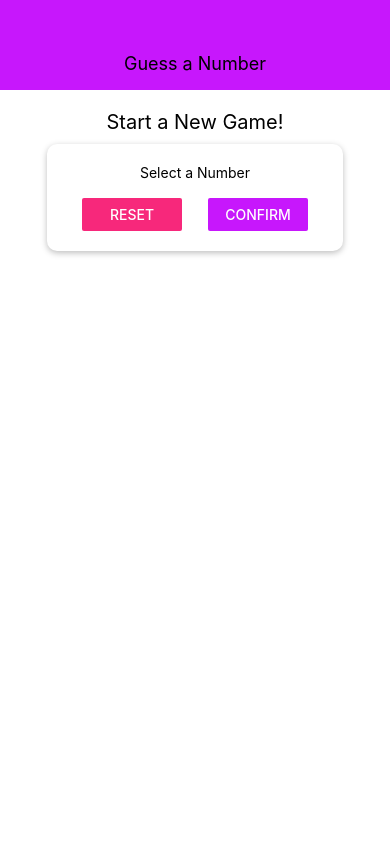
Repository: jes-wd/rn-num-guess
Screen: /
These files come from the project's save history. The screen is drawn as it stood at one moment and after the next save; the edit follows.
The app was drawn by React Native's web renderer in a window 390 px wide. The project was rebuilt for these pictures with package versions that can differ from the ones it lists, and the page was loaded fresh each time.

Above is the screen before, as saved 2020-03-21 22:28:09.

After the next save:
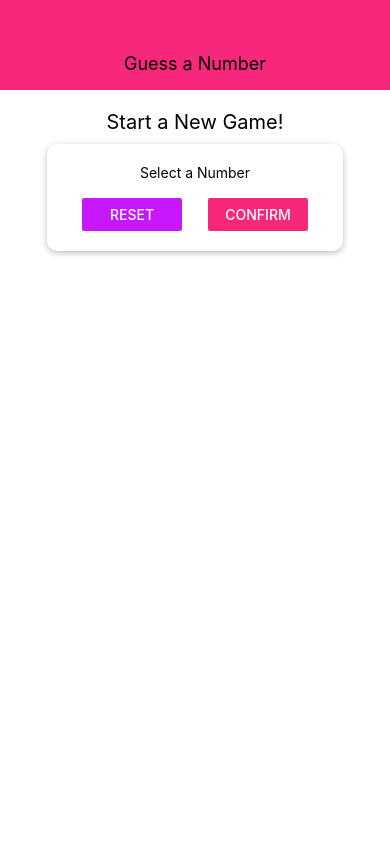
Saved 17 s later.
--- a/constants/Colors.js
+++ b/constants/Colors.js
@@ -1,4 +1,4 @@
 export default {
-  primary: '#c717fc',
-  accent: '#f7287b'
+  primary: '#f7287b',
+  accent: '#c717fc'
 }
